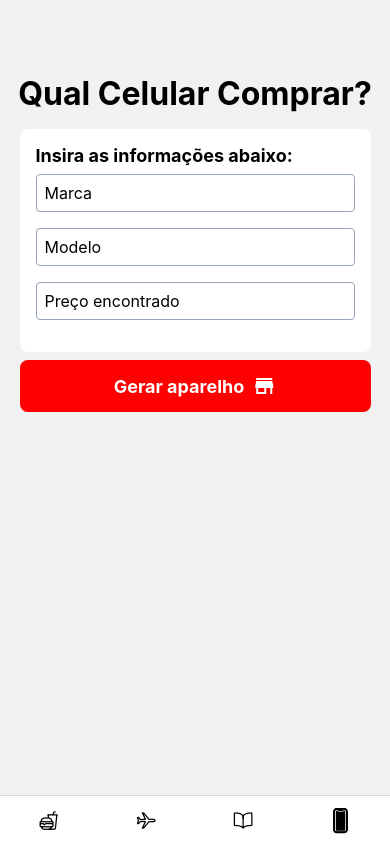
Repository: Matheus904-12/routes
Screen: /Aparelhos (app in roteamento/)
These files come from the project's save history. The screen is drawn as it stood at one moment and after a run of saves; the edit follows.
The app was drawn by React Native's web renderer in a window 390 px wide. The project was rebuilt for these pictures with package versions that can differ from the ones it lists, and the page was loaded fresh each time. Also part of the build but not shown: roteamento/pages/viagem.js, roteamento/pages/filmes.js.

Above is the screen before, as saved 2024-05-01 18:15:32.

After the next 2 saves:
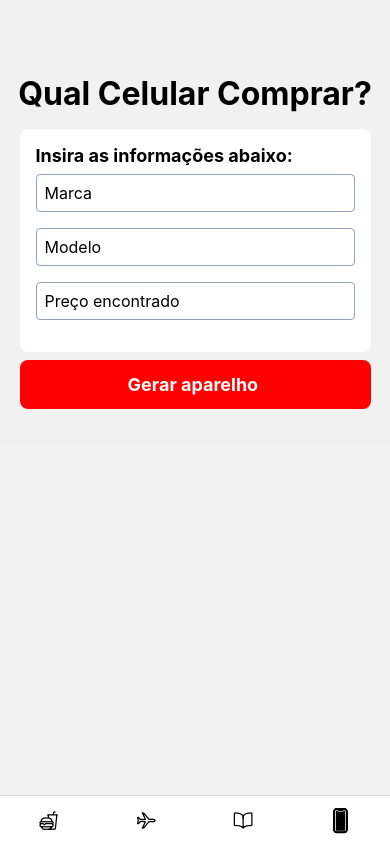
The 2 saves are shown as one change because they came seconds apart.
The last was saved 41 s later.
--- a/roteamento/pages/aparelho.js
+++ b/roteamento/pages/aparelho.js
@@ -87,8 +87,7 @@ export function Aparelho() {
       </View>
 
       <TouchableOpacity style={ESTILOS.button} onPress={gerarReceita}>
-        <Text style={ESTILOS.buttonText}>Gerar aparelho</Text>
-        <MaterialCommunityIcons name="store" size={24} color="#FFF" />
+        <Text style={ESTILOS.buttonText}>Gerar aparelho </Text>
       </TouchableOpacity>
 
       <ScrollView contentContainerStyle={{ paddingBottom: 24, marginTop: 4, }} style={ESTILOS.containerScroll} showsVerticalScrollIndicator={false} >
